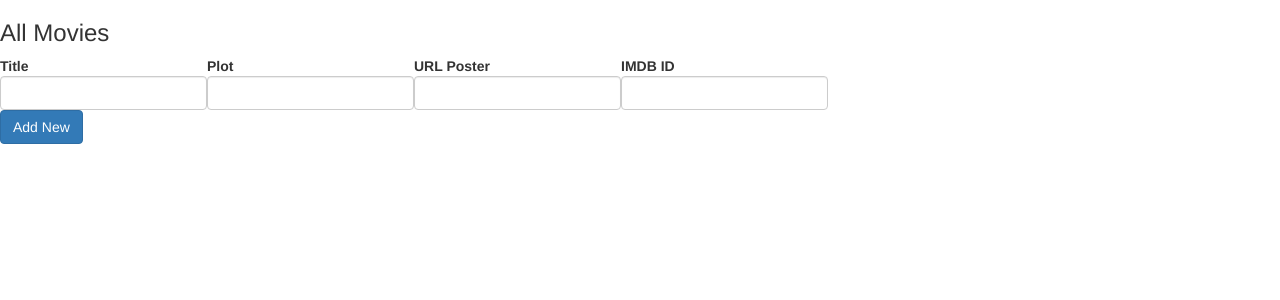
Repository: gitsana/JoseAnnunziato
Page: MyRestfulService/WebContent/movies.html
An editor plug-in stored every save of this project. The page is shown before and after the next save, followed by the edit.
The browser window is 1280 px wide. The pictures show the whole page.

Above is the page before, as saved 2015-10-02 01:06:47.

After the next save:
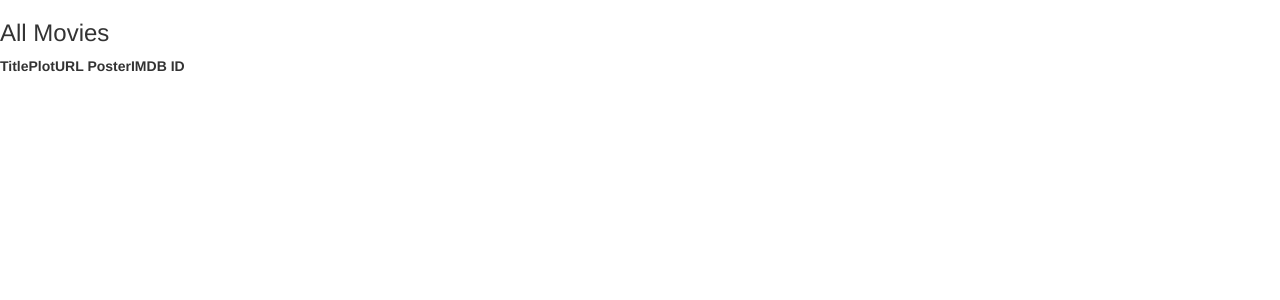
Saved 38 s later.
--- a/MyRestfulService/WebContent/movies.html
+++ b/MyRestfulService/WebContent/movies.html
@@ -16,13 +16,8 @@
 		<th>URL Poster</th>
 		<th>IMDB ID</th>
 	</tr>
-	<tr>
-		<td><input class="form-control" name="newtitle"></td>
-		<td><input class="form-control" name="newplot"></td>
-		<td><input class="form-control" name="newurlposter"></td>
-		<td><input class="form-control" name="newimdbid"></td>
-	</tr>
+
 </table>
-<button class="btn btn-primary" name="addButton">Add New</button>
+
 </body>
 </html>
